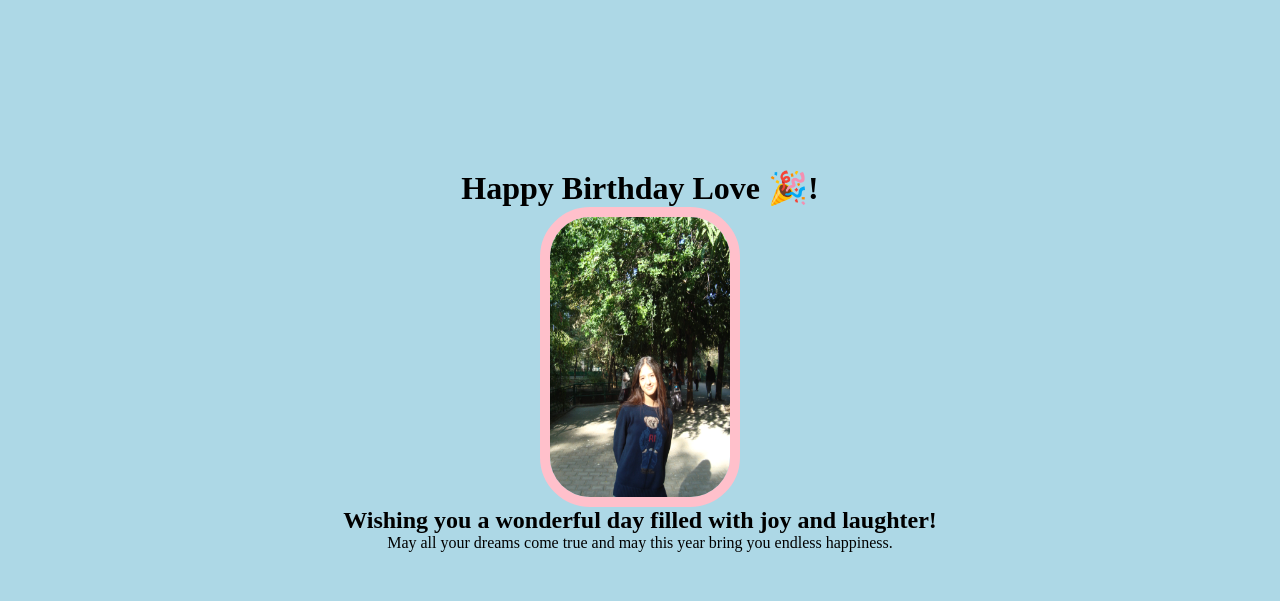
Repository: raghhavv03/html-css-practice
Page: css-task-5/index.html
These files come from the project's save history. The page is drawn as it stood at one moment and after the next save; the edit follows.
The browser window is 1280 px wide. The pictures show the whole page.
Some web fonts or font styles are not loaded; a fallback is used.

Above is the page before, as saved 2026-02-07 16:23:07.

### css-task-5/index.html
<!DOCTYPE html>
<html>
    <head>
        <title>Birthday Card</title>
        <link rel="stylesheet" href="./style.css">
        <link rel="preconnect" href="https://fonts.googleapis.com">
        <link rel="preconnect" href="https://fonts.gstatic.com" crossorigin>
        <link href="https://fonts.googleapis.com/css2?family=Birthstone&display=swap" rel="stylesheet">
    </head>
    <body>
        <h1>Happy Birthday Love 🎉!</h1>
        <img id="birthday-image" src="./love.jpg">
        <h2>Wishing you a wonderful day filled with joy and laughter!</h2>
        <p>May all your dreams come true and may this year bring you endless happiness.</p>
    </body>
</html>

### css-task-5/style.css
* {
    margin: 0;
    padding: 0;
    box-sizing: border-box;
}

body {
    height: 100vh;
    background-color: lightblue;
    display:flex;
    flex-direction: column;
    align-items: center;
    justify-content: center;
    font-family: "Birthstone", cursive;
    font-weight: 400;
    font-style: normal;
}

#birthday-image {
    width: 200px;
    height: 300px;
    border-radius: 50px;
    border: solid 10px pink;
}

h1, h2, p{
    box-shadow: ;
}

After the next save:
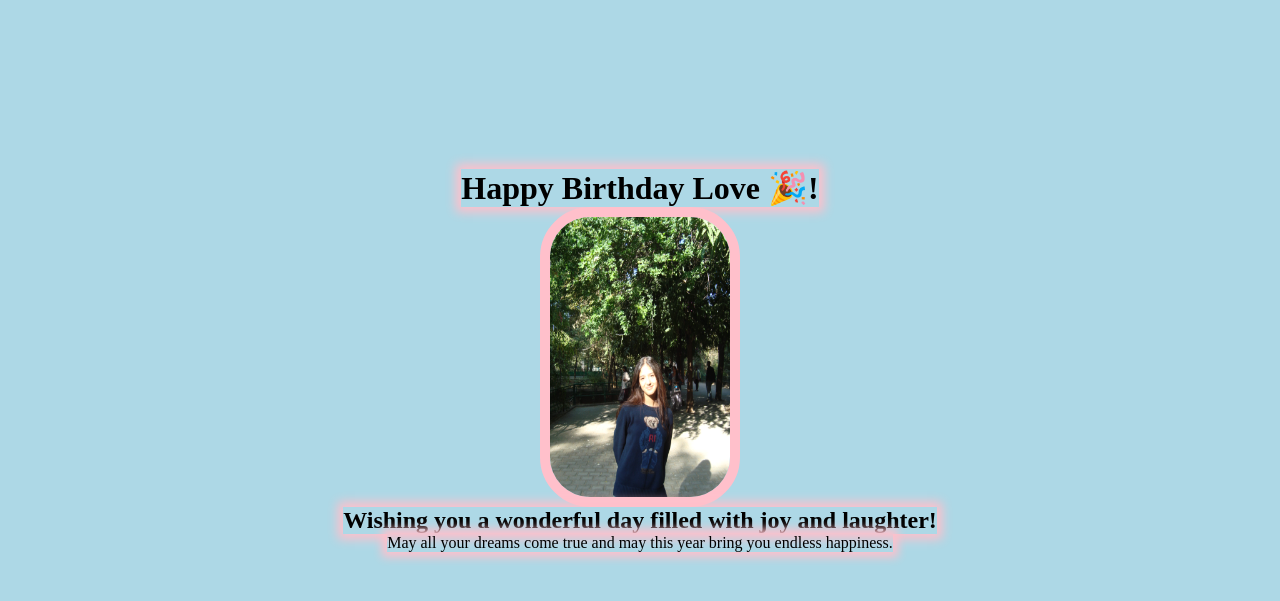
Saved 4 s later.
--- a/css-task-5/style.css
+++ b/css-task-5/style.css
@@ -24,5 +24,5 @@
 }
 
 h1, h2, p{
-    box-shadow: ;
+    box-shadow: 0px 0px 10px 5px pink;
 }

After the 2 saves that followed:
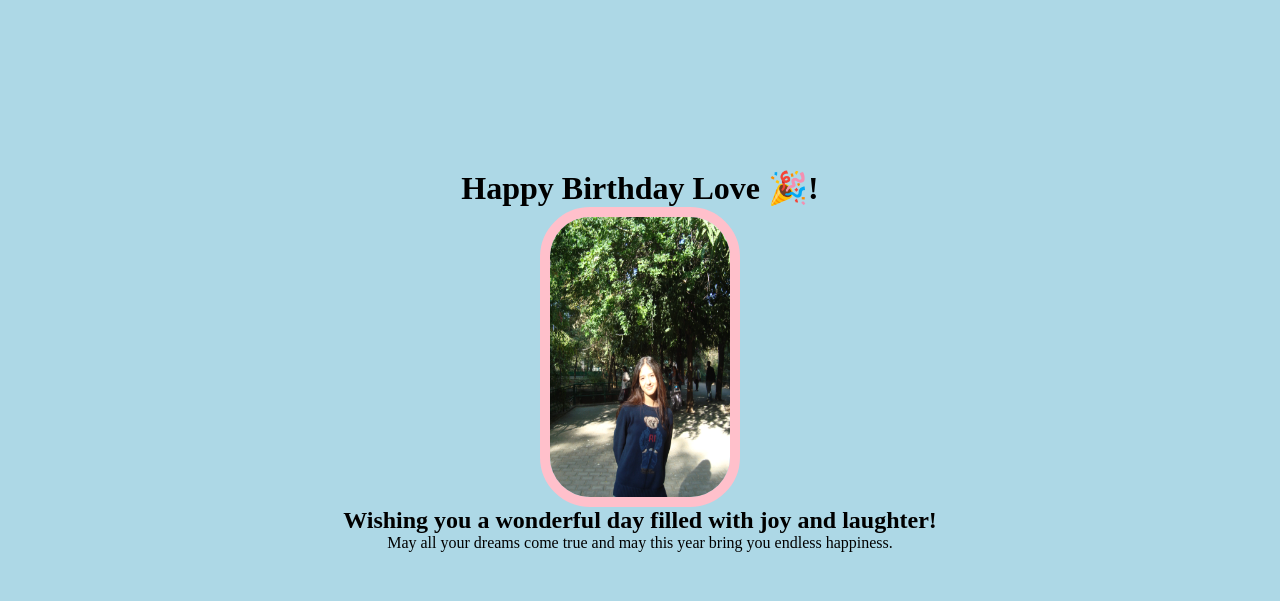
The 2 saves are shown as one change because they came seconds apart.
The last was saved 15 s later.
--- a/css-task-5/style.css
+++ b/css-task-5/style.css
@@ -24,5 +24,5 @@
 }
 
 h1, h2, p{
-    box-shadow: 0px 0px 10px 5px pink;
+    border: 0px 0px 10px 5px pink;
 }
